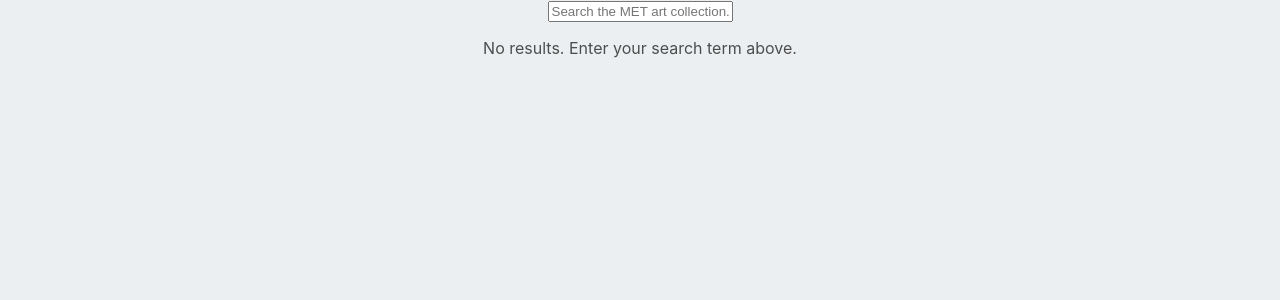
Repository: edulis8/MetSearchTool
Page: /
These files come from the project's save history. The page is drawn as it stood at one moment and after a run of saves; the edit follows.
The browser window is 1280 px wide. The pictures show the whole page.
The project was rebuilt for these pictures with package versions that can differ from the ones it lists, and the page was loaded fresh each time. Also part of the build but not shown: src/Pokecard.css, src/Pokecard.js, src/Pokedex.js.

Above is the page before, as saved 2020-01-16 11:50:19.

After the next 3 saves:
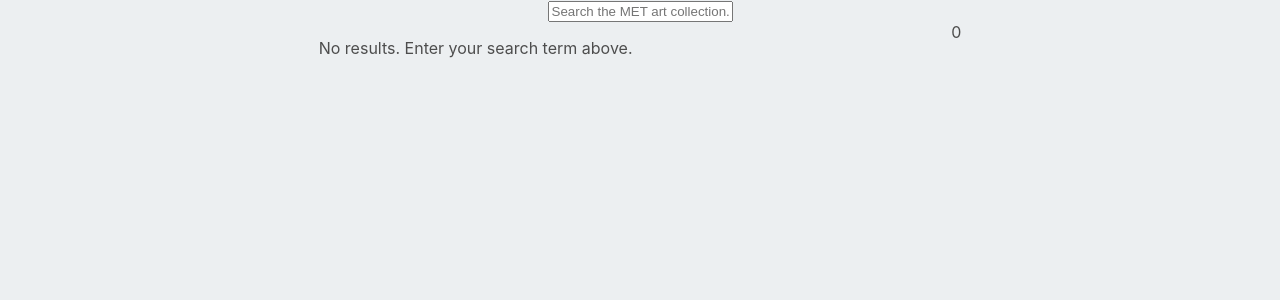
The 3 saves are shown as one change because they came seconds apart.
The last was saved 2 min 26 s later.
--- a/src/PokeGame.js
+++ b/src/PokeGame.js
@@ -80,6 +80,7 @@ class PokeGame extends Component {
                     )}
                     {!this.state.objects.length && !this.state.searching && <p>No results. Enter your search term above.</p>}
                     {this.state.searching && <p>Searching...</p>}
+                    {this.state.objects.length}
                 </div>
             </div>
         )
